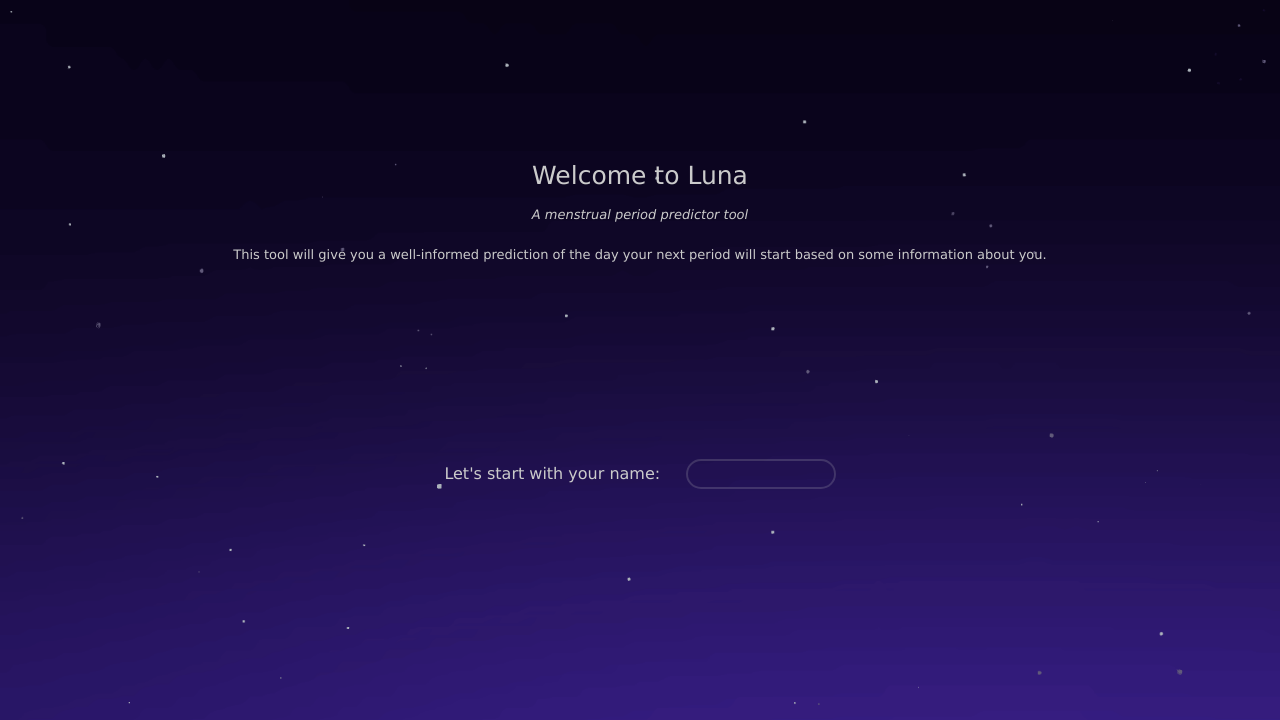
Repository: kholl28/luna-app
Page: / (app in frontend/)
The author's editor kept a copy of each file at every save. The page is drawn from the files as they stood at one save, then again after a run of saves.
The browser window is 1280 px wide. The pictures show the whole page.
The project was rebuilt for these pictures with package versions that can differ from the ones it lists, and the page was loaded fresh each time. The framework's server and built-in components were replaced by stand-ins that run in the browser. Also part of the build but not shown: frontend/next.config.mjs, frontend/src/app/pages/input.js, frontend/src/app/pages/demos.js, frontend/src/app/components/PredictionChart.jsx, frontend/src/app/pages/prediction.js.

Above is the page before, as saved 2025-05-14 12:54:51.

### frontend/src/app/page.js
"use client";// App.js

// import { BrowserRouter, Routes, Route } from 'react-raouter-dom';
import Link from 'next/link';
import Homepage from './pages/homepage';
import Input from './pages/input';
import Demos from './pages/demos';
import Prediction from './pages/prediction';

import {useState, useEffect} from 'react';

import './app.css'
import './globals.css'

function App() {
    // return (<div>
    //       <Link href="/" element={<Homepage />} />
    //       <Link href="/homepage" element={<Homepage />} />
    //       <Link href="/input" element={<Input />} />
    //   </div>);

    const [currentPage, setCurrentPage] = useState('homepage');
    const [UserName, setName] = useState('');
    const [Age, setAge] = useState('');
    const [Feet, setFeet] = useState('');
    const [Inches, setInches] = useState('');
    const [Weight, setWeight] = useState('');
    const [demoError, setDemoError] = useState('');

    const [date, setDate] = useState([]);
    const [secondDate, setSecondDate] = useState([]);
    const [thirdDate, setThirdDate] = useState([]);
    const [dateError, setDateError] = useState(''); // error for first and second date
    const [date2Error, setDate2Error] = useState(''); // error for second and third date

    const [result, setResult] = useState(''); // prediction result

    useEffect(() => {
        console.log("Date updated:", thirdDate);
    }, [thirdDate])

    if (currentPage === 'homepage') {
        return <Homepage currentPage={currentPage} setCurrentPage={setCurrentPage} UserName={UserName} setName={setName}/>;

    } else if (currentPage === 'demos') {
        // console.log("Demos page has loaded");
        return <Demos
          currentPage={currentPage}
          setCurrentPage={setCurrentPage}
          UserName={UserName}
          setAge={setAge}
          setFeet={setFeet}
          setInches={setInches}
          setWeight={setWeight}
        />;
    } else if (currentPage === 'input') {
        return <Input
          currentPage={currentPage}
          setCurrentPage={setCurrentPage}
          Age={Age}  // Make sure this matches the state variable name
          setAge={setAge}
          Feet={Feet}
          setFeet={setFeet}
          Inches={Inches}
          setInches={setInches}
          Weight={Weight}
          setWeight={setWeight}
          date={date}
          setDate={setDate}
          secondDate={secondDate}
          setSecondDate={setSecondDate}
          thirdDate={thirdDate}
          setThirdDate={setThirdDate}
          dateError={dateError}
          setDateError={setDateError}
          date2Error={date2Error}
          setDate2Error={setDate2Error}
          setResult={setResult}
        />;
    } else if (currentPage === 'prediction') {
        return <Prediction currentPage={currentPage} setCurrentPage={setCurrentPage}
        result = {result} setResult = {setResult}
        UserName={UserName} setName={setName}
        />;
    }


}

export default App;

### frontend/src/app/globals.css
@import "tailwindcss";
@import '@fontsource/roboto/300.css';
@import '@fontsource/roboto/400.css';
@import '@fontsource/roboto/500.css';
@import '@fontsource/roboto/700.css';

:root {
  --background: url("/background.gif"); /* background image */
  --foreground: #cbcbcb;
}

:root {
  --color-background: var(--background);
  --color-foreground: var(--foreground);
  --font-geist-sans: 'Roboto', sans-serif;
  --font-geist-mono: 'Courier New', monospace;
  --font-sans: var(--font-geist-sans);
  --font-mono: var(--font-geist-mono);
}

@media (prefers-color-scheme: dark) {
  :root {
    --background: #0a0a0a;
    --foreground: #ededed;
  }
}

body {
  background: var(--background);
  background-size: cover;
  color: var(--foreground);
  font-family: Segoe UI;
}

/* --------------------------- */

/* TEXT */

/* x-small text */
.verdana-xs {
  font-family: 'Verdana';
  font-weight: normal;
  font-style: normal;
  font-size: 13px
}

.verdana-xs-italic {
  font-family: 'Verdana';
  font-weight: normal;
  font-style: italic;
  font-size: 13px
}

.verdana-s {
  font-family: 'Verdana';
  font-weight: normal;
  font-style: italic;
  font-size: 14px
}

.verdana-s-normal {
  font-family: 'Verdana';
  font-weight: normal;
  font-style: normal;
  font-size: 14px
}

/* small text */
.verdana-small {
  font-family: 'Verdana';
  font-weight: normal;
  font-style: normal;
  font-size: 16px
}

/* large text */
.verdana-large {
  font-family: 'Verdana';
  font-weight: normal;
  font-style: normal;
  font-size: 20px;
}

/* XL text */
.verdana-xl {
  font-family: 'Verdana';
  font-weight: normal;
  font-style: normal;
  font-size: 25px;
}

/* --------------------------- */

/* CONTAINERS */

/* containers */

.cycle_container {
  flex: 1;
  display: 'flex';
  border: '1px solid transparent';
  padding: '1rem';
  margin: '1rem';
  border-radius: '8px';
  background: '#f9f9f9';
}

/* input boxes */

/* smallest box for numbers with 1 digits max*/
#ip0 {
  border-radius: 20px;
  border: 2px solid rgba(196, 196, 196, 0.2);
  padding: 13px;
  width: 45px;
  height: 8px;
}

/* small box for numbers with 2 digits max*/
#ip1 {
  border-radius: 20px;
  border: 2px solid rgba(196, 196, 196, 0.2);
  padding: 13px;
  width: 55px;
  height: 8px;
}

/* medium box for numbers with 3 digits max*/
#ip2 {
  border-radius: 20px;
  border: 2px solid rgba(196, 196, 196, 0.2);
  padding: 13px;
  width: 65px;
  height: 8px;
}

/* large box for text */
#ip3 {
  border-radius: 20px;
  border: 2px solid rgba(196, 196, 196, 0.2);
  padding: 13px;
  width: 150px;
  height: 8px;
}

/* input box textfields */

/* Chrome, Safari, Edge, Opera */
input::-webkit-outer-spin-button,
input::-webkit-inner-spin-button {
  -webkit-appearance: none;
  margin: 0;
}

/* Firefox */
input[type=number] {
  appearance: textfield;
  -moz-appearance: textfield;
}

/* --------------------------- */

/* padding & positioning */

.padding-class {
  padding-bottom: 100px;
}

.padding-class-less {
  padding-bottom: 50px;
}

.padding-class-top-less {
  padding-top: 50px;
}

.padding-class-left {
  padding-left: 50px;
}

.padding-class-bottom {
  padding-bottom: 10px;
}

.padding-class-top {
  padding-top: 100px;
  padding-bottom: 10px;
}

.padding-class-toppest {
  padding-top: 120px;
  padding-bottom: 50px;
}

.padding-class-aroundish {
  padding-bottom: 10px;
  padding-top: 1px;
}

.padding-class-around {
  padding-bottom: 10px;
  padding-top: 10px;
}

.padding-class-arounder {
  padding-bottom: 10px;
  padding-top: 20px;
}

.padding-class-aroundest {
  padding-bottom: 95px;
  padding-top: 10px;
}

/* --------------------------- */

/* fade-in animation */

@keyframes fadeIn {
  from { opacity: 0; }
  to { opacity: 1; }
}

.hidden-text {
  visibility: hidden;
  opacity: 0;
  transition: opacity 2s ease-in; /* 3 second ease in */
}

.hidden-text_none {
  visibility: none;
  opacity: 0;
  transition: opacity 2s ease-in; /* 3 second ease in */
}

.fade-text {
  opacity: 0;
  transition: opacity 1.5s ease-in; /* 1.5 second ease in */
}

.fade-text2 {
  opacity: 0;
  transition: opacity 4s ease-in; /* 3 second ease in */
}

.fade-text3 {
  opacity: 0;
  transition: opacity 8s ease-in; /* 3 second ease in */
}

.fade-text.visible {
  opacity: 1;
}

.fade-text2.visible {
  opacity: 1;
}

.fade-text3.visible {
  opacity: 1;
}

/* --------------------------- */

/* react calendar */

.hidden-date {
  visibility: hidden;
  opacity: 0;
  transition: opacity 2s ease-in; /* 3 second ease in */
}

.react-calendar {
  width: 437.5px; /* Increased by 1.25 times */
  max-width: 100%;
  background-color: #1f4370;
  color: #f8f8f9;
  border-radius: 8px;
  box-shadow: 0 12px 24px rgba(0, 0, 0, 0.2);
  font-family: -apple-system, BlinkMacSystemFont, Segoe UI, Roboto, Helvetica Neue, Arial, sans-serif;
  line-height: 3.125em; /* Increased by 1.25 times */
}
.react-calendar__navigation button {
  color: #f8f8f9;
  font-weight: bold;
  min-width: 55px; /* Increased by 1.25 times */
  background: none;
  font-size: 21.25px; /* Increased by 1.25 times */
  margin-top: 10px; /* Increased by 1.25 times */
}
.react-calendar__navigation button:enabled:hover,
.react-calendar__navigation button:enabled:focus {
  background-color: #6f48eb33;
}
.react-calendar__navigation button[disabled] {
  background-color: #1f4370;
}
abbr[title] {
  text-decoration: none;
}
/* .react-calendar__month-view__days__day--weekend {
  color: #d10000;
} */

.react-calendar__tile:enabled:hover,
.react-calendar__tile:enabled:focus {
  background: #ffd392;
  color: #13294b;
  border-radius: 7.5px; /* Increased by 1.25 times */
}
.react-calendar__tile--now {
  background: #6f48eb33;
  border-radius: 7.5px; /* Increased by 1.25 times */
  color: #000000;
}
.react-calendar__tile--now:enabled:hover,
.react-calendar__tile--now:enabled:focus {
  background: #6f48eb33;
  border-radius: 7.5px; /* Increased by 1.25 times */
  font-weight: bold;
  color: #f2a499;
}
.react-calendar__tile--hasActive:enabled:hover,
.react-calendar__tile--hasActive:enabled:focus {
  background: #f8f8fa;
}
.react-calendar__tile--active {
  background: #f2a499;
  border-radius: 7.5px; /* Increased by 1.25 times */
  font-weight: bold;
  color: #b93320;
}
.react-calendar__tile--active:enabled:hover,
.react-calendar__tile--active:enabled:focus {
  background: #f2a499;
  color: #b93320;
}
.react-calendar--selectRange .react-calendar__tile--hover {
  background: #fee2c0;
  color: #13294b;
}
.react-calendar__tile--range {
  background: #ffd1d1;
  color: #b93320;
  border-radius: 0;
}
.react-calendar__tile--rangeStart {
  border-top-right-radius: 0;
  border-bottom-right-radius: 0;
  border-top-left-radius: 7.5px; /* Increased by 1.25 times */
  border-bottom-left-radius: 7.5px; /* Increased by 1.25 times */
  background: #f2a499;
  color: #b93320;
}
.react-calendar__tile--rangeEnd {
  border-top-left-radius: 0;
  border-bottom-left-radius: 0;
  border-top-right-radius: 7.5px; /* Increased by 1.25 times */
  border-bottom-right-radius: 7.5px; /* Increased by 1.25 times */
  background: #f2a499;
  color: #b93320;
}

 /* --------------------------- */

### frontend/src/app/pages/homepage.js
// "use client"; // This is a client component 👈🏽

import Image from "next/image";

import React, { useEffect, useState } from 'react';

import Button from '@mui/material/Button';

// import Typewriter from '../components/Typewriter';

// import '../globals.css';
import '../app.css';

import { useRouter } from 'next/navigation';

function Homepage({ currentPage, setCurrentPage, UserName, setName }) {
  // const [UserName, setName] = useState('');
  const [visible, setVisible] = useState(false);

    useEffect(() => {
      // Trigger fade-in when component mounts
      setVisible(true);
    }, []);

  // Log the name whenever it changes
  React.useEffect(() => {
    console.log("Name updated:", UserName);
  }, [UserName]);

  const router = useRouter();

  const handleSubmit = (event) => {
    setCurrentPage("demos");
  };

  return (
  <div style={{
    display: 'flex',
    flexDirection: 'column',
    justifyContent: 'center',
    alignItems: 'center',
    height: '100vh',
    textAlign: 'center',
  }}>
    <div className={`fade-text ${visible ? 'visible' : ''}`}>
      <p className={`verdana-xl padding-class-arounder`}>
        Welcome to Luna
      </p>
    </div>
    <div className={`fade-text2 ${visible ? 'visible' : ''}`}>
      <p className={`verdana-xs-italic padding-class-aroundish`}>
        A menstrual period predictor tool
      </p>
      <p className={`verdana-xs padding-class-aroundest`}>
      This tool will give you a well-informed prediction of the day your next period will start based on some information about you.
      </p>
      </div>
      <div className={`verdana-small padding-class-top fade-text3 ${visible ? 'visible' : ''}`}>
        <form onSubmit={handleSubmit}>
          <div>
            <label htmlFor="UserName">Let's start with your name: &nbsp;  &nbsp;  </label>
            <input
              type="text"
              id="ip3"
              value={UserName}
              onChange={(event) => setName(event.target.value)}
              required
            />
          </div>
        </form>

        <div style={{ display: 'flex', justifyContent: 'center', alignItems: 'center', marginTop: '3rem' }}>
          <Button onClick={handleSubmit} className={`verdana-small ${UserName.length > 0 ? '' : 'hidden-text'}`}>
            Next
          </Button>
        </div>
      </div>
    </div>
  );
}

export default Homepage;

### frontend/src/app/app.css
@import "tailwindcss";
@import '@fontsource/roboto/300.css';
@import '@fontsource/roboto/400.css';
@import '@fontsource/roboto/500.css';
@import '@fontsource/roboto/700.css';

:root {
  --background: url("/background.gif"); /* Replace with a valid color or CSS value */
  --foreground: #cbcbcb;
}

:root {
  --color-background: var(--background);
  --color-foreground: var(--foreground);
  --font-geist-sans: 'Roboto', sans-serif;
  --font-geist-mono: 'Courier New', monospace;
  --font-sans: var(--font-geist-sans);
  --font-mono: var(--font-geist-mono);
}

@media (prefers-color-scheme: dark) {
  :root {
    --background: #0a0a0a;
    --foreground: #ededed;
  }
}

body {
  background: var(--background);
  background-size: cover;
  color: var(--foreground);
  font-family: Segoe UI;
}

/* --------------------------- */

/* TEXT */

/* x-small text */
.verdana-xs {
  font-family: 'Verdana';
  font-weight: normal;
  font-style: normal;
  font-size: 13px
}

/* small text */
.verdana-small {
  font-family: 'Verdana';
  font-weight: normal;
  font-style: normal;
  font-size: 16px
}

/* large text */
.verdana-large {
  font-family: 'Verdana';
  font-weight: normal;
  font-style: normal;
  font-size: 20px;
}

/* XL text */
.verdana-xl {
  font-family: 'Verdana';
  font-weight: normal;
  font-style: normal;
  font-size: 25px;
}

/* --------------------------- */

/* CONTAINERS */

/* containers */

.cycle_container {
  flex: 1;
  display: 'flex';
  border: '1px solid transparent';
  padding: '1rem';
  margin: '1rem';
  border-radius: '8px';
  background: '#f9f9f9';
}

/* input boxes */

/* small box for numbers with 2 digits max*/
#ip1 {
  border-radius: 20px;
  border: 2px solid rgba(196, 196, 196, 0.2);
  padding: 13px;
  width: 70px;
  height: 8px;
}

/* medium box for numbers with 3 digits max*/
#ip2 {
  border-radius: 20px;
  border: 2px solid rgba(196, 196, 196, 0.2);
  padding: 13px;
  width: 80px;
  height: 8px;
}

/* large box for text */
#ip3 {
  border-radius: 20px;
  border: 2px solid rgba(196, 196, 196, 0.2);
  padding: 13px;
  width: 150px;
  height: 8px;
}

/* input box textfields */

/* Chrome, Safari, Edge, Opera */
input::-webkit-outer-spin-button,
input::-webkit-inner-spin-button {
  -webkit-appearance: none;
  margin: 0;
}

/* Firefox */
input[type=number] {
  appearance: textfield;
  -moz-appearance: textfield;
}

/* --------------------------- */

/* padding & positioning */

.padding-class {
  padding-bottom: 100px;
}

.padding-class-less {
  padding-bottom: 50px;
}

.padding-class-top-less {
  padding-top: 50px;
}

.padding-class-left {
  padding-left: 50px;
}

.padding-class-bottom {
  padding-bottom: 10px;
}

.padding-class-top {
  padding-top: 100px;
  padding-bottom: 10px;
}

.padding-class-around {
  padding-bottom: 10px;
  padding-top: 10px;
}

/* --------------------------- */

/* fade-in animation */

.fade-text {
  opacity: 0;
  transition: opacity 1.5s ease-in; /* 1.5 second ease in */
}

.fade-text2 {
  opacity: 0;
  transition: opacity 4s ease-in; /* 4 second ease in */
}

.fade-text.visible {
  opacity: 1;
}

.fade-text2.visible {
  opacity: 1;
}

/* --------------------------- */

/* react calendar */

.hidden-date {
  opacity: 0;
}

.hidden-text {
  opacity: 0;
  transition: opacity 1.5s ease-in; /* 3 second ease in */
}

.react-calendar {
  width: 437.5px; /* Increased by 1.25 times */
  max-width: 100%;
  background-color: #1f4370;
  color: #f8f8f9;
  border-radius: 8px;
  box-shadow: 0 12px 24px rgba(0, 0, 0, 0.2);
  font-family: -apple-system, BlinkMacSystemFont, Segoe UI, Roboto, Helvetica Neue, Arial, sans-serif;
  line-height: 3.125em; /* Increased by 1.25 times */
}
.react-calendar__navigation button {
  color: #f8f8f9;
  font-weight: bold;
  min-width: 55px; /* Increased by 1.25 times */
  background: none;
  font-size: 21.25px; /* Increased by 1.25 times */
  margin-top: 10px; /* Increased by 1.25 times */
}
.react-calendar__navigation button:enabled:hover,
.react-calendar__navigation button:enabled:focus {
  background-color: #f8f8fa;
}
.react-calendar__navigation button[disabled] {
  background-color: #f0f0f0;
}
abbr[title] {
  text-decoration: none;
}
/* .react-calendar__month-view__days__day--weekend {
  color: #d10000;
} */

.react-calendar__tile:enabled:hover,
.react-calendar__tile:enabled:focus {
  background: #ffd392;
  color: #13294b;
  border-radius: 7.5px; /* Increased by 1.25 times */
}
.react-calendar__tile--now {
  background: #6f48eb33;
  border-radius: 7.5px; /* Increased by 1.25 times */
  color: #000000;
}
.react-calendar__tile--now:enabled:hover,
.react-calendar__tile--now:enabled:focus {
  background: #6f48eb33;
  border-radius: 7.5px; /* Increased by 1.25 times */
  font-weight: bold;
  color: #f2a499;
}
.react-calendar__tile--hasActive:enabled:hover,
.react-calendar__tile--hasActive:enabled:focus {
  background: #f8f8fa;
}
.react-calendar__tile--active {
  background: #f2a499;
  border-radius: 7.5px; /* Increased by 1.25 times */
  font-weight: bold;
  color: #b93320;
}
.react-calendar__tile--active:enabled:hover,
.react-calendar__tile--active:enabled:focus {
  background: #f2a499;
  color: #b93320;
}
.react-calendar--selectRange .react-calendar__tile--hover {
  background: #fee2c0;
  color: #13294b;
}
.react-calendar__tile--range {
  background: #ffd1d1;
  color: #b93320;
  border-radius: 0;
}
.react-calendar__tile--rangeStart {
  border-top-right-radius: 0;
  border-bottom-right-radius: 0;
  border-top-left-radius: 7.5px; /* Increased by 1.25 times */
  border-bottom-left-radius: 7.5px; /* Increased by 1.25 times */
  background: #f2a499;
  color: #b93320;
}
.react-calendar__tile--rangeEnd {
  border-top-left-radius: 0;
  border-bottom-left-radius: 0;
  border-top-right-radius: 7.5px; /* Increased by 1.25 times */
  border-bottom-right-radius: 7.5px; /* Increased by 1.25 times */
  background: #f2a499;
  color: #b93320;
}

 /* --------------------------- */

Loaded but not shown: frontend/src/app/layout.js (common file)

After the next 2 saves:
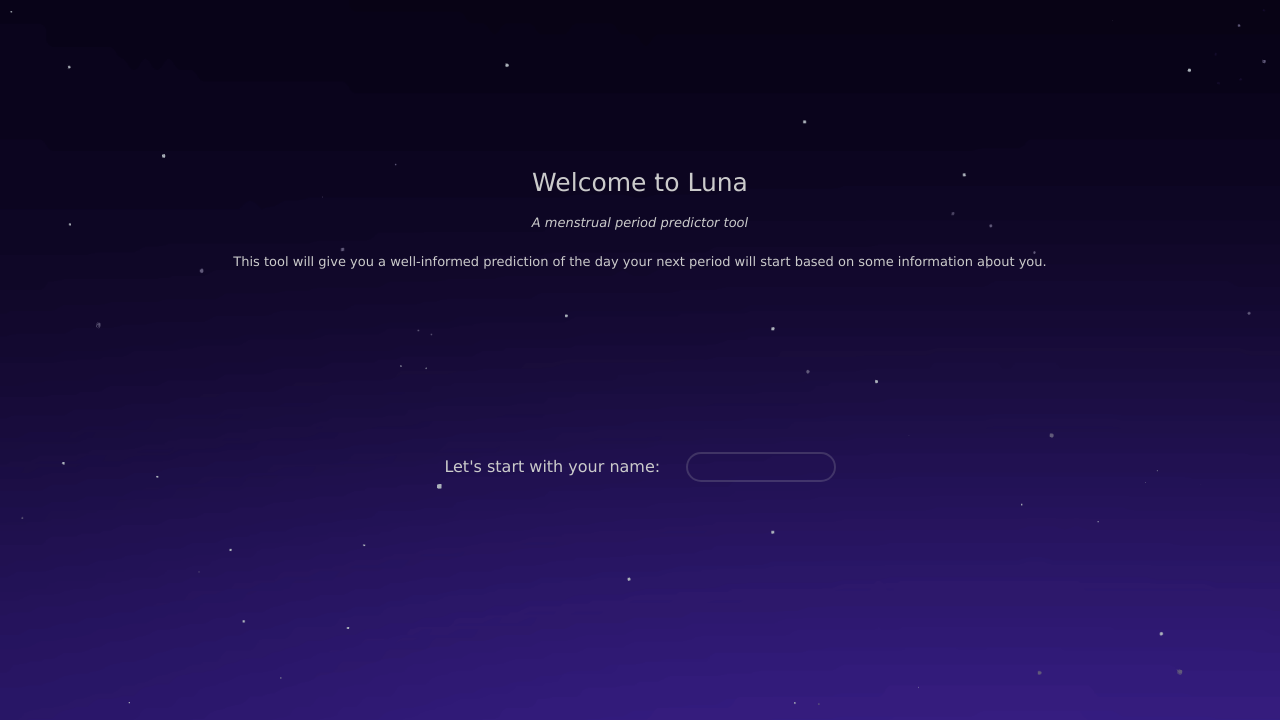
The 2 saves are shown as one change because they came seconds apart.
The last was saved 21 s later.
--- a/frontend/src/app/globals.css
+++ b/frontend/src/app/globals.css
@@ -208,7 +208,7 @@ input[type=number] {
 }
 
 .padding-class-aroundest {
-  padding-bottom: 95px;
+  padding-bottom: 80px;
   padding-top: 10px;
 }
 
